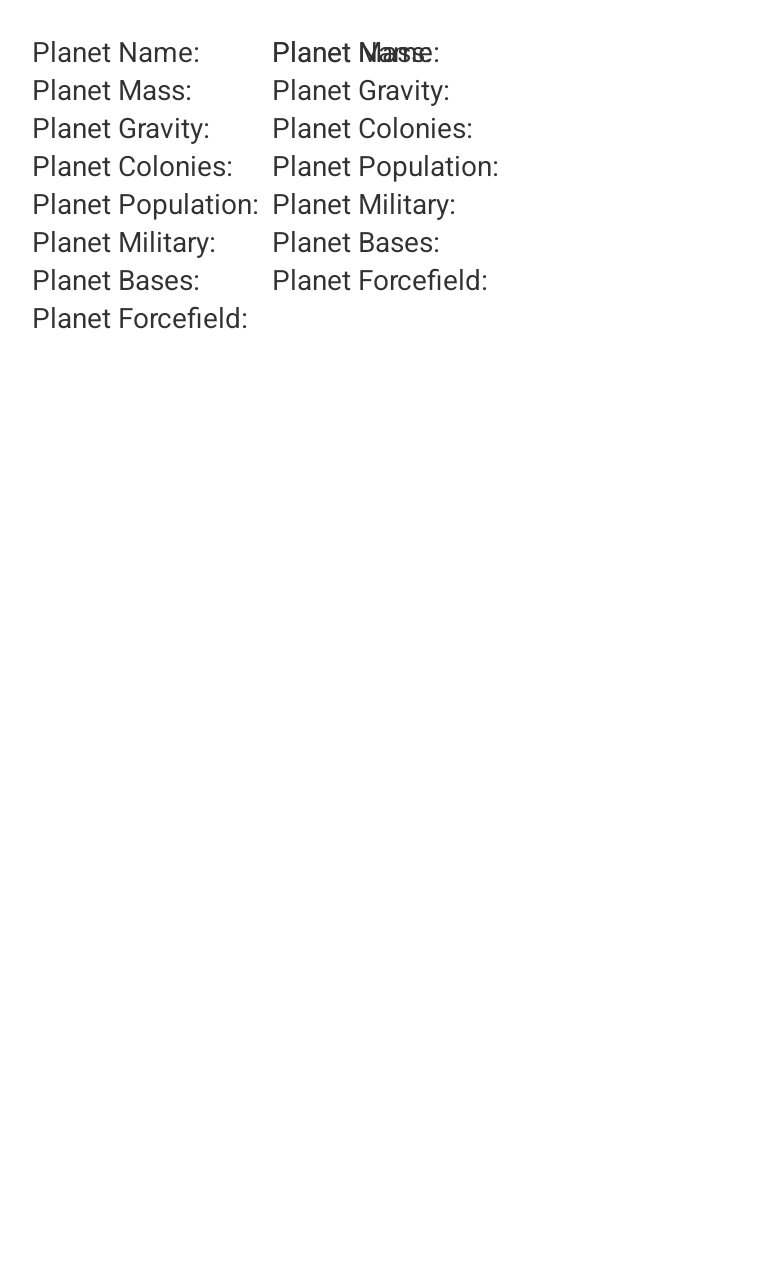
Repository: blender-head/android_basic
Layout: Hello_World/res/layout/activity_main.xml
These files come from the project's save history. The layout is drawn as it stood at one moment and after the next save; the edit follows.
It is drawn on a 768 x 1280 px phone screen (xhdpi) without system bars, with theme AppTheme; the app's code is not run. The app's manifest (not shown) leaves right-to-left support off. So textAlignment, textDirection and layoutDirection are ignored, and left and right values win over start and end ones.

Above is the layout before, as saved 2013-12-31 16:23:46.

### Hello_World/res/layout/activity_main.xml
<RelativeLayout xmlns:android="http://schemas.android.com/apk/res/android"
    xmlns:tools="http://schemas.android.com/tools"
    android:layout_width="match_parent"
    android:layout_height="match_parent"
    android:paddingBottom="@dimen/activity_vertical_margin"
    android:paddingLeft="@dimen/activity_horizontal_margin"
    android:paddingRight="@dimen/activity_horizontal_margin"
    android:paddingTop="@dimen/activity_vertical_margin"
    tools:context=".MainActivity" >

    <!-- Planet Name label -->
	<TextView
        android:id="@+id/textView1"
        android:layout_width="wrap_content"
        android:layout_height="wrap_content"
        android:text="@string/planet_name_label" />

	<!-- Planet Name data -->
	<TextView
        android:id="@+id/dataView1"
        android:layout_toRightOf="@+id/textView1"
        android:layout_marginLeft="36dip"
        android:layout_width="wrap_content"
        android:layout_height="wrap_content"
        android:text="@string/planet_name_label" />

	<!-- Planet Mass label -->
	<TextView
        android:id="@+id/textView2"
        android:layout_below="@+id/textView1"
        android:layout_width="wrap_content"
        android:layout_height="wrap_content"
        android:text="@string/planet_mass_label" />

	<!-- Planet Mass data -->
	<TextView
        android:id="@+id/dataView2"
        android:layout_toRightOf="@+id/textView2"
        android:layout_alignStart="@+id/dataView1"
        android:layout_alignBelow="@+id/dataView1"
        android:layout_width="wrap_content"
        android:layout_height="wrap_content"
        android:text="@string/planet_mass_label" />

	<!-- Planet Gravity label -->
	<TextView
        android:id="@+id/textView3"
        android:layout_below="@+id/textView2"
        android:layout_width="wrap_content"
        android:layout_height="wrap_content"
        android:text="@string/planet_gravity_label" />

	<!-- Planet Gravity data -->
	<TextView
        android:id="@+id/dataView3"
        android:layout_toRightOf="@+id/textView3"
        android:layout_alignStart="@+id/dataView2"
        android:layout_below="@+id/dataView2"
        android:layout_width="wrap_content"
        android:layout_height="wrap_content"
        android:text="@string/planet_gravity_label" />

	<!-- Planet Colonies label -->
	<TextView
        android:id="@+id/textView4"
        android:layout_below="@+id/textView3"
        android:layout_width="wrap_content"
        android:layout_height="wrap_content"
        android:text="@string/planet_colonies_label" />

	<!-- Planet Colonies data -->
	<TextView
        android:id="@+id/dataView4"
        android:layout_toRightOf="@+id/textView4"
        android:layout_alignStart="@+id/dataView3"
        android:layout_below="@+id/dataView3"
        android:layout_width="wrap_content"
        android:layout_height="wrap_content"
        android:text="@string/planet_colonies_label" />

	<!-- Planet Poulation label -->
	<TextView
        android:id="@+id/textView5"
        android:layout_below="@+id/textView4"
        android:layout_width="wrap_content"
        android:layout_height="wrap_content"
        android:text="@string/planet_population_label" />

	<!-- Planet Poulation data -->
	<TextView
        android:id="@+id/dataView5"
        android:layout_toRightOf="@+id/textView5"
        android:layout_alignStart="@+id/dataView4"
        android:layout_below="@+id/dataView4"
        android:layout_width="wrap_content"
        android:layout_height="wrap_content"
        android:text="@string/planet_population_label" />

	<!-- Planet Military label -->
	<TextView
        android:id="@+id/textView6"
        android:layout_below="@+id/textView5"
        android:layout_width="wrap_content"
        android:layout_height="wrap_content"
        android:text="@string/planet_military_label" />

	<!-- Planet Military data -->
	<TextView
        android:id="@+id/dataView6"
        android:layout_toRightOf="@+id/textView6"
        android:layout_alignStart="@+id/dataView5"
        android:layout_below="@+id/dataView5"
        android:layout_width="wrap_content"
        android:layout_height="wrap_content"
        android:text="@string/planet_military_label" />

	<!-- Planet Base label -->
	<TextView
        android:id="@+id/textView7"
        android:layout_below="@+id/textView6"
        android:layout_width="wrap_content"
        android:layout_height="wrap_content"
        android:text="@string/planet_bases_label" />

	<!-- Planet Base data -->
	<TextView
        android:id="@+id/dataView7"
        android:layout_toRightOf="@+id/textView7"
        android:layout_alignStart="@+id/dataView6"
        android:layout_below="@+id/dataView6"
        android:layout_width="wrap_content"
        android:layout_height="wrap_content"
        android:text="@string/planet_bases_label" />

	<!-- Planet Force Field label -->
	<TextView
        android:id="@+id/textView8"
        android:layout_below="@+id/textView7"
        android:layout_width="wrap_content"
        android:layout_height="wrap_content"
        android:text="@string/planet_forcefield_label" />

	<!-- Planet Force Field data -->
	<TextView
        android:id="@+id/dataView8"
        android:layout_toRightOf="@+id/textView8"
        android:layout_alignStart="@+id/dataView7"
        android:layout_below="@+id/dataView7"
        android:layout_width="wrap_content"
        android:layout_height="wrap_content"
        android:text="@string/planet_forcefield_label" />

</RelativeLayout>

### Hello_World/res/values/strings.xml
<?xml version="1.0" encoding="utf-8"?>
<resources>

    <string name="app_name">Hello_World</string>
    <string name="action_settings">Settings</string>
    <string name="hello_world">Hello world!</string>

    <string name="planet_name_label">Planet Name: </string>
	<string name="planet_mass_label">Planet Mass: </string>
	<string name="planet_gravity_label">Planet Gravity: </string>
	<string name="planet_colonies_label">Planet Colonies: </string>
	<string name="planet_population_label">Planet Population: </string>
	<string name="planet_military_label">Planet Military: </string>
	<string name="planet_bases_label">Planet Bases: </string>
	<string name="planet_forcefield_label">Planet Forcefield: </string>

</resources>

Loaded but not shown: Hello_World/res/values/styles.xml (common file); Hello_World/res/values-v11/styles.xml (common file); Hello_World/res/values-v14/styles.xml (common file); Hello_World/res/values/dimens.xml (common file)

After the next save:
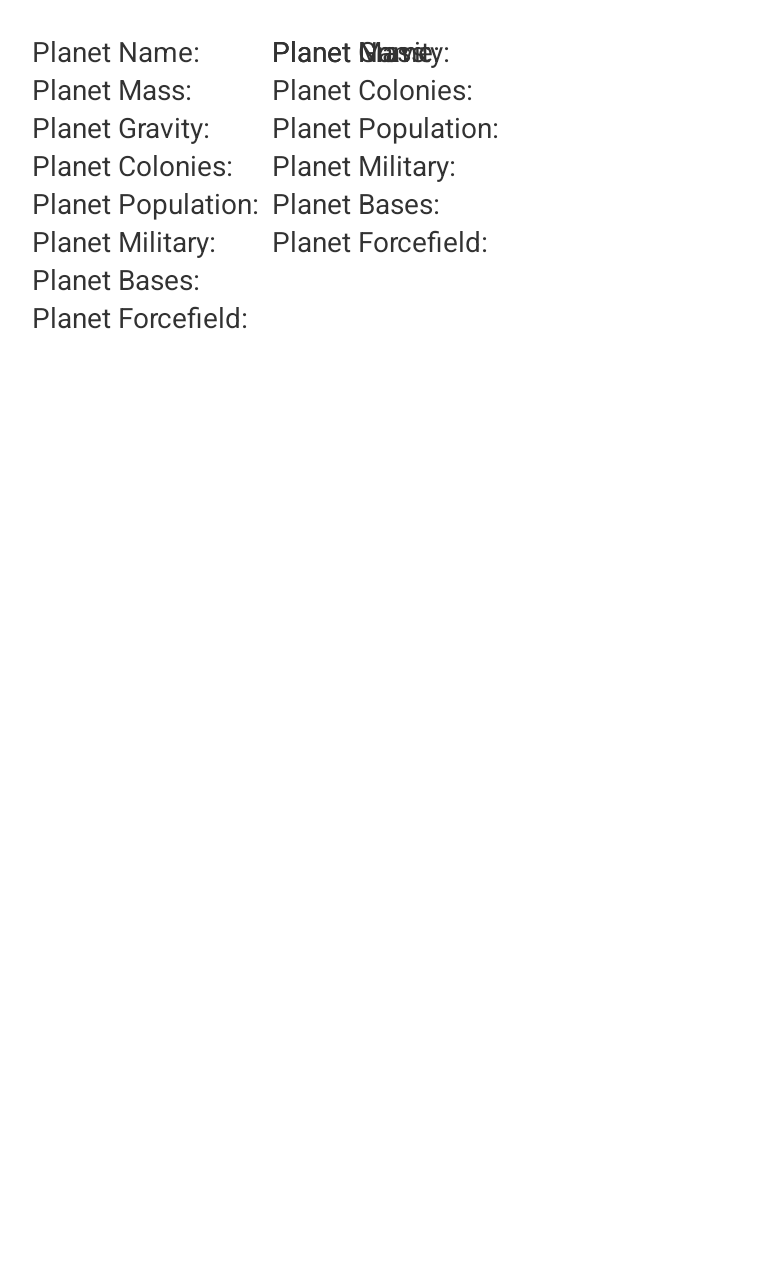
Saved 15 s later.
--- a/Hello_World/res/layout/activity_main.xml
+++ b/Hello_World/res/layout/activity_main.xml
@@ -55,7 +55,7 @@
         android:id="@+id/dataView3"
         android:layout_toRightOf="@+id/textView3"
         android:layout_alignStart="@+id/dataView2"
-        android:layout_below="@+id/dataView2"
+        android:layout_alignBelow="@+id/dataView2"
         android:layout_width="wrap_content"
         android:layout_height="wrap_content"
         android:text="@string/planet_gravity_label" />
